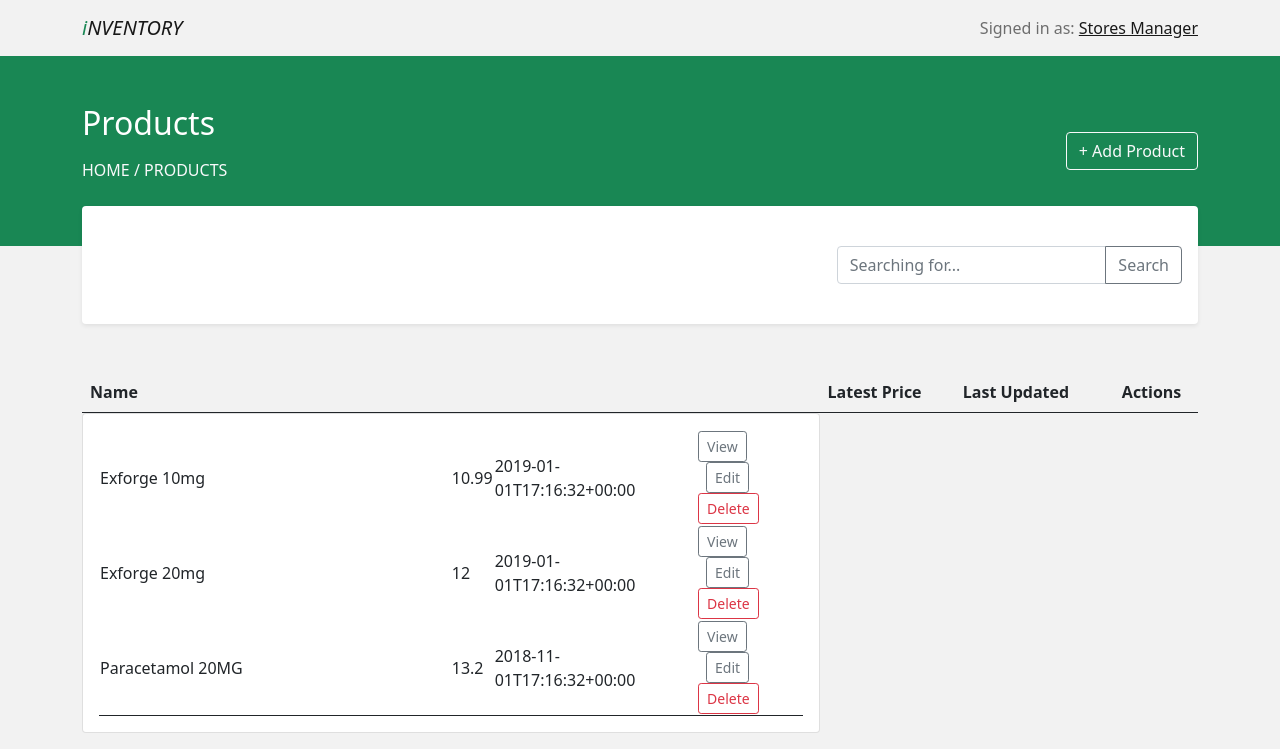
Repository: tHEO2k17/inventory-manager
Page: /
These files come from the project's save history. The page is drawn as it stood at one moment and after the next save; the edit follows.
The browser window is 1280 px wide. The pictures show the whole page.
The project was rebuilt for these pictures with package versions that can differ from the ones it lists, and the page was loaded fresh each time. Also part of the build but not shown: src/presentation/components/ProductForm.tsx.

Above is the page before, as saved 2021-08-31 10:34:33.

### src/index.tsx
import React from 'react';
import ReactDOM from 'react-dom';
import './index.scss';
import App from './presentation/App';

ReactDOM.render(
  <React.StrictMode>
    <App />
  </React.StrictMode>,
  document.getElementById('root')
);

### src/index.scss
@import '~bootstrap/scss/bootstrap.scss';

body{
    background-color: #F2F2F2;
}

.table thead tr > th:last-child{
    text-align: center;
}

.mtn-40{
    margin-top: -40px;
}

### src/presentation/App.tsx
import ProductsPage from './pages/ProductsPage';

export default function App() {
  return ( <ProductsPage/> );
}

### src/presentation/pages/ProductsPage.tsx
import { Component } from "react"
import { Button, Card, Col, Container, FormControl, InputGroup, Row, Table } from "react-bootstrap";
import { mock } from "../../core/mock";
import Banner from "../components/Banner";
import Product from "../components/Product";
import TopBar from "../components/TopBar";

export default class ProductsPage extends Component {

    render() {
        return (
            <>
                <TopBar />
                <Banner />
                <Container>
                    <Card className="mtn-40 border-0 shadow-sm">
                        <Card.Body className="my-4">
                            <Row>
                                <Col md="4" className="offset-8">
                                    <InputGroup>
                                        <FormControl
                                            placeholder="Searching for..."
                                            aria-label="Searching for..."
                                            aria-describedby="basic-addon2"
                                        />
                                        <Button variant="outline-secondary" id="button-addon2"> Search</Button>
                                    </InputGroup>
                                </Col>
                            </Row>
                        </Card.Body>
                    </Card>
                    <Table striped className="mt-5">
                        <thead>
                            <tr>
                                <th>Name</th>
                                <th>Latest Price</th>
                                <th>Last Updated</th>
                                <th>Actions</th>
                            </tr>
                        </thead>
                        <Card>
                            <Card.Body>
                                <tbody>
                                    {
                                        mock.products.map(product => <Product key={product.id} product={product} />)
                                    }
                                </tbody>
                            </Card.Body>
                        </Card>
                    </Table>
                </Container>
            </>
        );
    }
}

### src/core/mock.ts
export const mock = {
    "products": [
        {
            "id": 1,
            "name": "Exforge 10mg",
            "prices": [
                {
                    "id": 1,
                    "price": 10.99,
                    "date": "2019-01-01T17:16:32+00:00"
                },
                {
                    "id": 2,
                    "price": 9.20,
                    "date": "2018-11-01T17:16:32+00:00"
                }
            ]
        },
        {
            "id": 2,
            "name": "Exforge 20mg",
            "prices": [
                {
                    "id": 3,
                    "price": 12.00,
                    "date": "2019-01-01T17:16:32+00:00"
                },
                {
                    "id": 4,
                    "price": 13.20,
                    "date": "2018-11-01T17:16:32+00:00"
                }
            ]
        },
        {
            "id": 3,
            "name": "Paracetamol 20MG",
            "prices": [
                {
                    "id": 5,
                    "price": 5.00,
                    "date": "2017-01-01T17:16:32+00:00"
                },
                {
                    "id": 6,
                    "price": 13.20,
                    "date": "2018-11-01T17:16:32+00:00"
                }
            ]
        }
    ]
};

### src/presentation/components/Banner.tsx
import { useState } from "react";
import { Button, Col, Container, Modal, Row } from "react-bootstrap";
import ProductForm from "./ProductForm";

const Banner = () => {
    const [show, setShow] = useState(false);

    const handleClose = () => setShow(false);
    const handleShow = () => setShow(true);

    return (
        <>
            <section className="bg-success">
                <Container className="py-5 text-white">
                    <Row className="align-items-center">
                        <Col>
                            <h2>Products</h2>
                            <p className="text-light mt-3 fw-light fs-6">HOME / PRODUCTS</p>
                        </Col>
                        <Col>
                            <Button variant="outline-light" className="float-end" onClick={handleShow}>+ Add Product</Button>
                        </Col>
                    </Row>
                </Container>
            </section>

            <Modal show={show} onHide={handleClose}>
                <Modal.Header closeButton> New Product</Modal.Header>
                <Modal.Body><ProductForm/></Modal.Body>
            </Modal>
        </>
    );
}

export default Banner;

### src/presentation/components/Product.tsx
import { Button } from "react-bootstrap"
import moment from 'moment';

const Product = ({ product }: ProductProps) => {

    const findLatestPriceInfo = (prices: any[]): any => {
        return prices.reduce(
            (acc: any, value: any) =>
                moment(acc.date).isAfter(value.date)
                    ? acc
                    : value
        );
    }

    return (
        <tr>
            <td width="50%">{product.name}</td>
            <td>{findLatestPriceInfo(product.prices).price}</td>
            <td>{findLatestPriceInfo(product.prices).date}</td>
            <td width="15%">
                <Button size="sm" variant="outline-secondary">View</Button>
                <Button size="sm" variant="outline-secondary" className="mx-2">Edit</Button>
                <Button size="sm" variant="outline-danger">Delete</Button>
            </td>
        </tr>
    );

}

export default Product;

type ProductProps = {
    key: any,
    product: any
}

### src/presentation/components/TopBar.tsx
import { Container, Navbar } from "react-bootstrap";

const TopBar = () => {
    return (
        <Navbar>
            <Container>
                <Navbar.Brand href="#home" className="fst-italic"><span className="text-success">i</span>NVENTORY</Navbar.Brand>
                <Navbar.Toggle />
                <Navbar.Collapse className="justify-content-end">
                    <Navbar.Text>
                        Signed in as: <a href="#login">Stores Manager</a>
                    </Navbar.Text>
                </Navbar.Collapse>
            </Container>
        </Navbar>
    );
}

export default TopBar;

Loaded but not shown: public/index.html (common file)

After the next save:
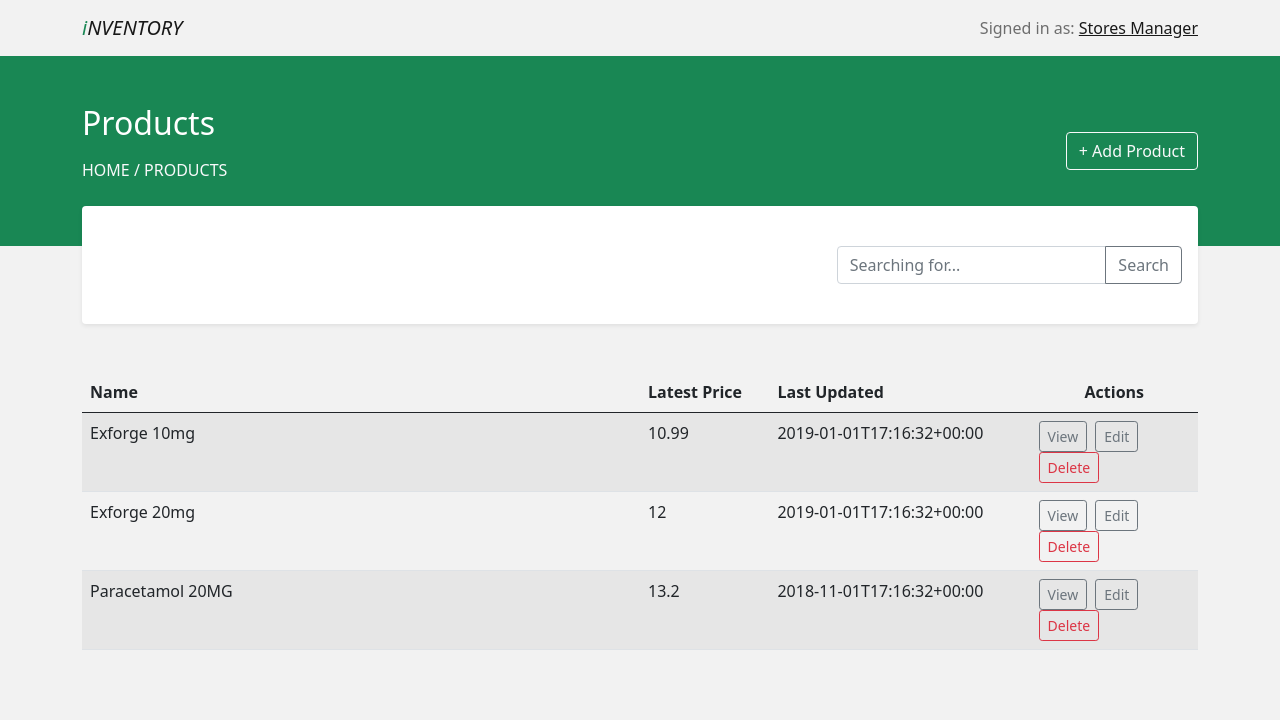
Saved 30 s later.
--- a/src/presentation/pages/ProductsPage.tsx
+++ b/src/presentation/pages/ProductsPage.tsx
@@ -38,15 +38,11 @@ export default class ProductsPage extends Component {
                                 <th>Actions</th>
                             </tr>
                         </thead>
-                        <Card>
-                            <Card.Body>
-                                <tbody>
-                                    {
-                                        mock.products.map(product => <Product key={product.id} product={product} />)
-                                    }
-                                </tbody>
-                            </Card.Body>
-                        </Card>
+                        <tbody>
+                            {
+                                mock.products.map(product => <Product key={product.id} product={product} />)
+                            }
+                        </tbody>
                     </Table>
                 </Container>
             </>
